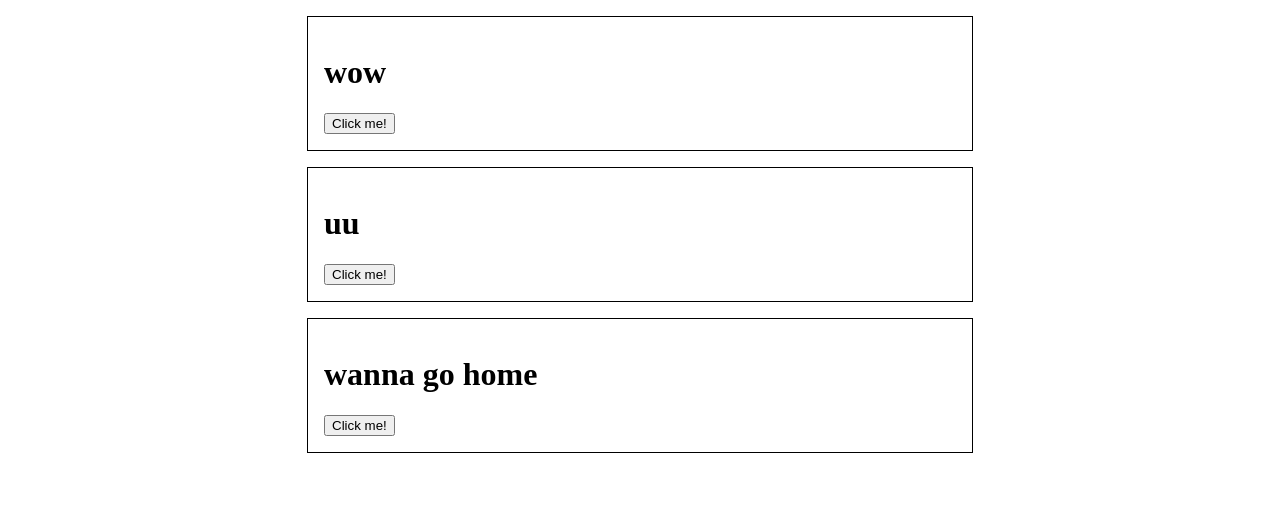
Repository: Jinontheclock/COMP3170_Assignment
Page: /
These files come from the project's save history. The page is drawn as it stood at one moment and after the next save; the edit follows.
The browser window is 1280 px wide. The pictures show the whole page.
The project was rebuilt for these pictures with package versions that can differ from the ones it lists, and the page was loaded fresh each time. Also part of the build but not shown: vite.config.js.

Above is the page before, as saved 2025-09-08 16:05:30.

### index.html
<!doctype html>
<html lang="en">
  <head>
    <meta charset="UTF-8" />
    <meta name="viewport" content="width=device-width, initial-scale=1.0" />
    <title>HAJIN A01403665</title>
  </head>
  <body>
    <div id="root"></div>
    <script type="module" src="/src/main.jsx"></script>
  </body>
</html>

### src/main.jsx
import React from "react";
import ReactDOM from "react-dom/client";
import App from "./App";
import "./index.css";
import books from "../data/books.json"

ReactDOM.createRoot(document.getElementById("root")).render(
  <React.StrictMode>
    <App />
  </React.StrictMode>
);

### src/App.jsx
import Excerpt from "./Excerpt";

function App(){
  return (
    <div>
      <Excerpt title="wow" />
       <Excerpt title="uu" />
        <Excerpt title="wanna go home" />
    </div>
  )
}


export default App;

### src/index.css
.excerpt{
  width: 50%;
  padding: 1em;
  margin: 1em auto;
  border: 1px solid;
}

### data/books.json
[
    {
      "title": "Effective JavaScript",
      "subtitle": "68 Specific Ways to Harness the Power of JavaScript",
      "isbn13": "9780321812186",
      "price": "$21.99",
      "image": "https://itbook.store/img/books/9780321812186.png",
      "url": "https://itbook.store/books/9780321812186",
      "publisher": "Addison-Wesley",
      "language": "English"
    },
    {
      "title": "Beginning JavaScript, 3nd Edition",
      "subtitle": "The Ultimate Guide to Modern JavaScript Development",
      "isbn13": "9781484243947",
      "price": "$19.02",
      "image": "https://itbook.store/img/books/9781484243947.png",
      "url": "https://itbook.store/books/9781484243947",
      "publisher": "Apress",
      "language": "English"
    },
    {
      "title": "Learn Enough JavaScript to Be Dangerous",
      "subtitle": "Write Programs, Publish Packages, and Develop Interactive Websites with JavaScript",
      "isbn13": "9780137843749",
      "price": "$31.98",
      "image": "https://itbook.store/img/books/9780137843749.png",
      "url": "https://itbook.store/books/9780137843749",
      "publisher": "Addison-Wesley",
      "language": "English"
    },
    {
      "title": "Test-Driven JavaScript Development",
      "subtitle": "",
      "isbn13": "9780321683915",
      "price": "$10.29",
      "image": "https://itbook.store/img/books/9780321683915.png",
      "url": "https://itbook.store/books/9780321683915",
      "publisher": "Addison-Wesley",
      "language": "English"
    },
    {
      "title": "Learning JavaScript",
      "subtitle": "A Hands-On Guide to the Fundamentals of Modern JavaScript",
      "isbn13": "9780321832740",
      "price": "$8.99",
      "image": "https://itbook.store/img/books/9780321832740.png",
      "url": "https://itbook.store/books/9780321832740",
      "publisher": "Addison-Wesley",
      "language": "English"
    },
    {
      "title": "jQuery and JavaScript Phrasebook",
      "subtitle": "",
      "isbn13": "9780321918963",
      "price": "$14.48",
      "image": "https://itbook.store/img/books/9780321918963.png",
      "url": "https://itbook.store/books/9780321918963",
      "publisher": "Addison-Wesley",
      "language": "English"
    },
    {
      "title": "JavaScript: The Good Parts",
      "subtitle": "Unearthing the Excellence in JavaScript",
      "isbn13": "9780596517748",
      "price": "$4.37",
      "image": "https://itbook.store/img/books/9780596517748.png",
      "url": "https://itbook.store/books/9780596517748",
      "publisher": "O'Reilly",
      "language": "English"
    },
    {
      "title": "Head First JavaScript",
      "subtitle": "A Learner's Companion to JavaScript",
      "isbn13": "9780596527747",
      "price": "$7.72",
      "image": "https://itbook.store/img/books/9780596527747.png",
      "url": "https://itbook.store/books/9780596527747",
      "publisher": "O'Reilly",
      "language": "English"
    },
    {
      "title": "High Performance JavaScript",
      "subtitle": "Build Faster Web Application Interfaces",
      "isbn13": "9780596802790",
      "price": "$19.59",
      "image": "https://itbook.store/img/books/9780596802790.png",
      "url": "https://itbook.store/books/9780596802790",
      "publisher": "O'Reilly",
      "language": "English"
    },
    {
      "title": "Building iPhone Apps with HTML, CSS, and JavaScript",
      "subtitle": "Making App Store Apps Without Objective-C or Cocoa",
      "isbn13": "9780596805784",
      "price": "$5.00",
      "image": "https://itbook.store/img/books/9780596805784.png",
      "url": "https://itbook.store/books/9780596805784",
      "publisher": "O'Reilly",
      "language": "English"
    }

  ]

### src/Excerpt.jsx
function Excerpt(props){
  return (
        <div className="excerpt">
      <h1>{props.title}</h1>
      <p>{props.body}</p>
      <button>Click me!</button>
    </div>)
}

export default Excerpt;

After the next save:
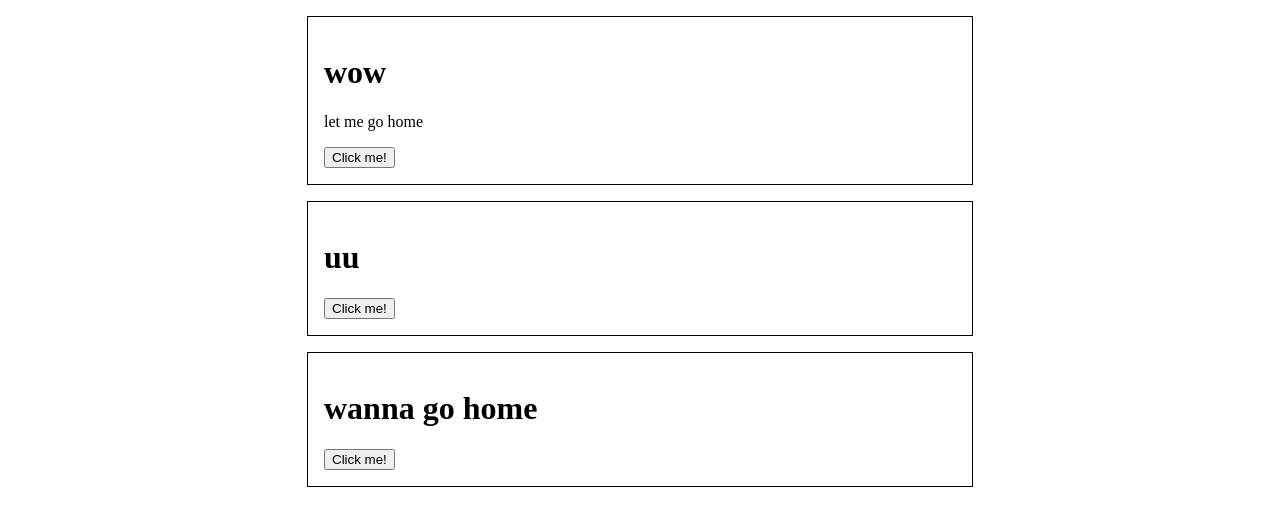
Saved 14 s later.
--- a/src/App.jsx
+++ b/src/App.jsx
@@ -3,7 +3,7 @@
 function App(){
   return (
     <div>
-      <Excerpt title="wow" />
+      <Excerpt title="wow" body="let me go home" />
        <Excerpt title="uu" />
         <Excerpt title="wanna go home" />
     </div>
